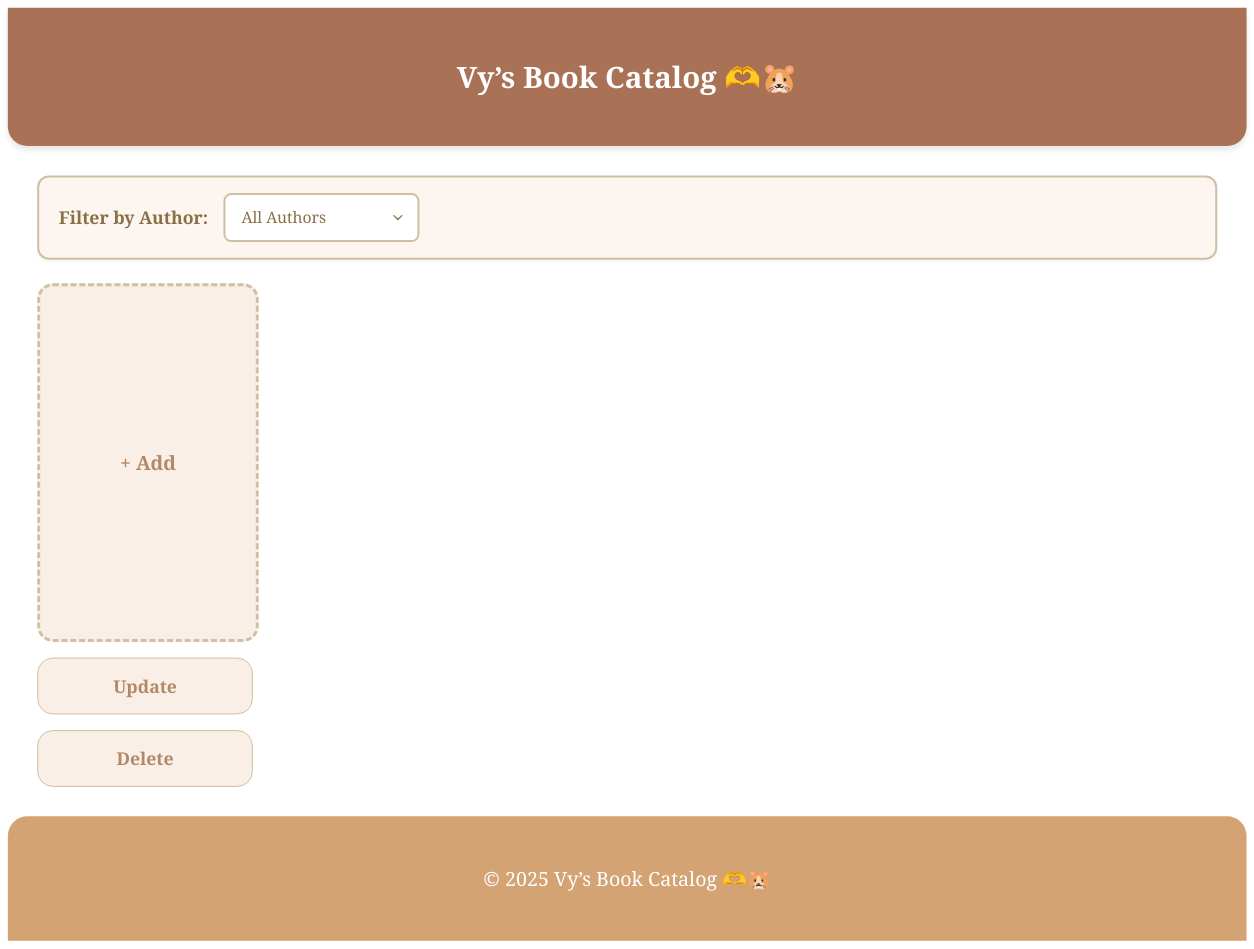
Repository: CucVyTrinh/book-catalog-v6
Page: /
The author's editor kept a copy of each file at every save. The page is drawn from the files as they stood at one save, then again after the next save.
The browser window is 1280 px wide. The pictures show the whole page, at 98% of full size.
The project was rebuilt for these pictures with package versions that can differ from the ones it lists, and the page was loaded fresh each time. Also part of the build but not shown: vite.config.js, src/index.css, src/components/Book.jsx, src/components/AddBookModal.jsx, src/components/EditBookModal.jsx.

Above is the page before, as saved 2025-10-26 22:39:28.

After the next save:
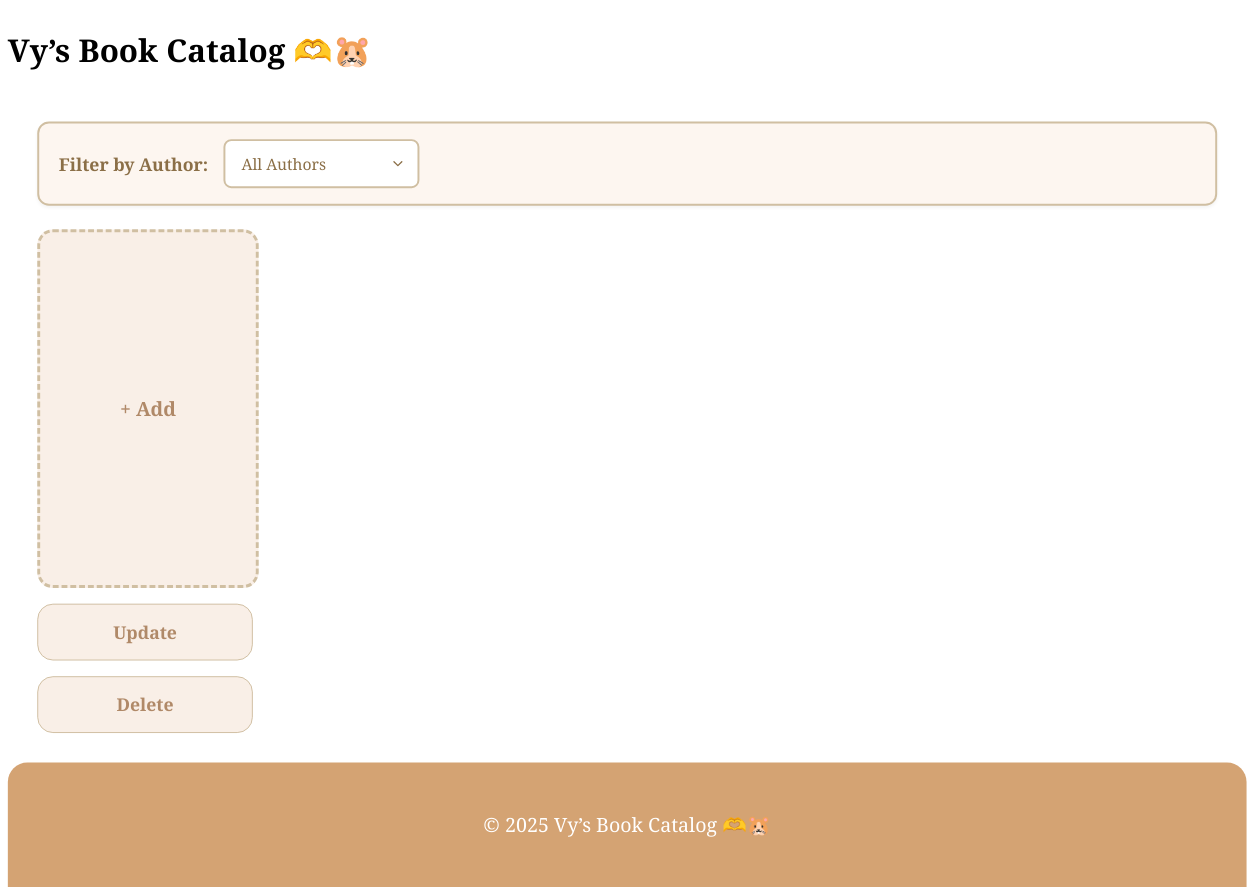
Saved 4 s later.
--- a/src/components/Header.jsx
+++ b/src/components/Header.jsx
@@ -3,18 +3,8 @@ import React from "react";
 
 export default function Header({ title }) {
   return (
-    <header
-      style={{
-        padding: "50px",
-        background: "#a97155",
-        color: "white",
-        textAlign: "center",
-        borderBottomLeftRadius: "20px",
-        borderBottomRightRadius: "20px",
-        boxShadow: "0 4px 6px rgba(0,0,0,0.1)",
-      }}
-    >
-      <h1 style={{ margin: 0, fontSize: "30px" }}>{title}</h1>
+    <header className="header">
+      <h1 className="header-title">{title}</h1>
     </header>
   );
 }
